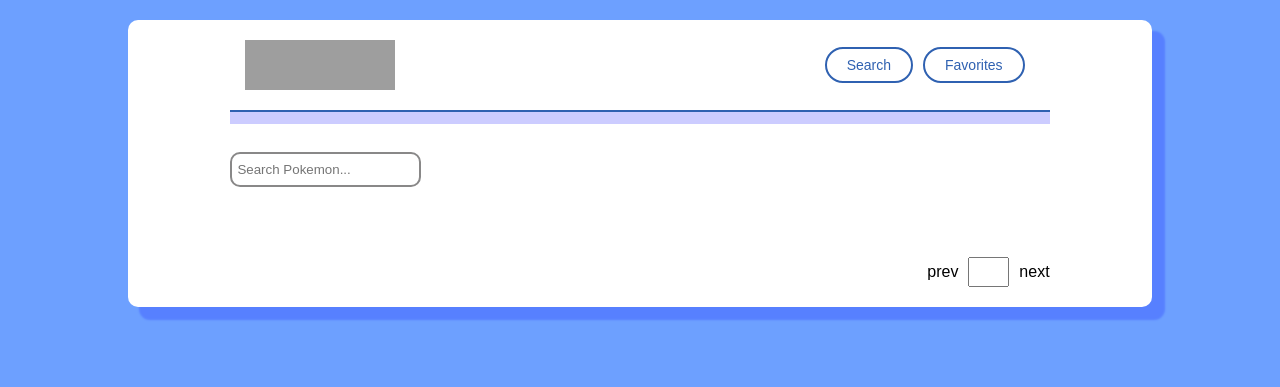
Repository: Rashiduulu/zeon-ithub-second-project
Page: index.html
An editor plug-in stored every save of this project. The page is shown before and after a run of saves, followed by the edit.
The browser window is 1280 px wide. The pictures show the whole page.
Pictures or frames that could not be fetched are drawn as grey boxes. The page's requests for data from a server got no answer.

Above is the page before, as saved 2022-11-12 21:54:51.

### index.html
<!DOCTYPE html>
<html lang="en">

<head>
    <meta charset="UTF-8">
    <meta http-equiv="X-UA-Compatible" content="IE=edge">
    <meta name="viewport" content="width=device-width, initial-scale=1.0">
    <title>PokeApi</title>
    <link rel="stylesheet" href="./style.css">
    <link rel="stylesheet" href="https://cdnjs.cloudflare.com/ajax/libs/font-awesome/6.0.0-beta3/css/all.min.css"
        integrity="sha512-Fo3rlrZj/k7ujTnHg4CGR2D7kSs0v4LLanw2qksYuRlEzO+tcaEPQogQ0KaoGN26/zrn20ImR1DfuLWnOo7aBA=="
        crossorigin="anonymous" referrerpolicy="no-referrer" />
</head>

<body>
    <div class="bg-color container">
        <header class="header container flex">
            <img class="logo" src="./imgs/Pokémon_logo.svg.png" alt="logo">
            <div>
                <ul class="navbar flex">
                    <li class="nav">Search</li>
                    <li class="nav">Favorites</li>
                </ul>
            </div>
        </header>

        <div class="content">
            <div class="container">
                <div class="search-box">
                    <input id="search-bar" class="poke-search" onkeyup="search_pokemon()"
                        placeholder="Search Pokemon..." />
                </div>
                <div id="poke-card"></div>
            </div>
        </div>

        <div class="poke-details">

        </div>


        <div class="pagination flex container">
            <span class="previous">prev</span><input class="input-page" type="text"><span class="next">next</span>
        </div>
    </div>

    <script>

        /////////////////////////////////////////////////////////////// search
        function search_pokemon() {
            let input = document.getElementById('search-bar').value
            input = input.toLowerCase()

            let x = document.getElementsByClassName('card')

            for (i = 0; i < x.length; i++) {
                if (!x[i].innerHTML.toLowerCase().includes(input)) {
                    x[i].style.display = "none"
                } else { x[i].style.display = "flex" }
            }
        }
    </script>

    <script src="./script.js"></script>
</body>

</html>

### style.css
* {
  margin: 0;
  padding: 0;
  box-sizing: border-box;
  font-family: sans-serif;
}

body {
  background: rgb(109, 160, 255);
}

.bg-color {
  background: #fff;
  box-shadow: 12px 12px 2px 1px rgba(0, 0, 255, 0.2);
  border-radius: 10px;
}

li {
  list-style-type: none;
}

a {
  text-decoration: none;
}

.container {
  width: 80%;
  margin: 0 auto;
}

.flex {
  display: flex;
}

/*********************** header ***************************/

.header {
  align-items: center;
  justify-content: space-between;
  padding: 20px 15px;
  border-bottom: 2px solid rgb(47, 97, 177);
  box-shadow: 0 12px rgba(0, 0, 255, 0.2);
  margin-top: 20px;
}

.logo {
  width: 150px;
  height: 50px;
  cursor: pointer;
  transition: all 0.3s ease-out;
}

.logo:hover {
  transform: translateX(14px);
}

.nav {
  color: rgb(47, 97, 177);
  font-size: 14px;
  padding: 8px 20px;
  margin-right: 10px;
  border: 2px solid rgb(47, 97, 177);
  border-radius: 30px;
  cursor: pointer;
  transition: all 0.3s ease-out;
}

.nav:hover {
  background: rgb(254, 254, 7);
  color: rgb(47, 97, 177);
  border: 2px solid rgb(254, 254, 7);
}

/*********************** content ***************************/

.content {
  margin-top: 40px;
  margin-bottom: 70px;
  align-items: center;
}

.poke-search {
  background: none;
  padding: 8px 5px;
  border: 2px solid rgb(137, 136, 136);
  border-radius: 10px;
  transition: all 0.2s ease-out;
  outline: none;
}

.poke-search:hover {
  border: 2px solid rgb(47, 97, 177);
}

.card {
  display: flex;
  justify-content: space-between;
  align-items: center;
  position: relative;
  background: rgb(132, 172, 238);
  border-radius: 5px;
  margin-right: 15px;
  height: 120px;
  padding: 20px 10px;
  margin-top: 40px;
  box-shadow: 4px 6px 2px 1px rgba(0, 0, 255, 0.2);
  transition: all 0.2s ease-in;
}

.card:hover {
  transform: translateY(2px);
  box-shadow: none;
}

.card .left-side {
  display: flex;
  align-items: center;
}

.card .left-side h4 {
  font-size: 14px;
}

.card .left-side img {
  width: 115px;
  height: 100px;
  transition: all 0.1s ease-out;
}

.card .left-side img:hover {
  width: 125px;
  height: 110px;
  transition: all 0.3s ease-out;
}

.btn {
  color: rgb(47, 97, 177);
  font-size: 14px;
  padding: 4px 20px;
  margin-right: 10px;
  border: 2px solid rgb(47, 97, 177);
  border-radius: 30px;
  cursor: pointer;
  transition: all 0.3s ease-out;
  justify-content: flex-end;
}

.btn:hover {
  background: rgb(254, 254, 7);
  color: rgb(47, 97, 177);
  border: 2px solid rgb(254, 254, 7);
}

/*********************** content ***************************/

.pagination input {
  width: 5%;
  height: 30px;
  margin: 0 10px;
}

.pagination {
  padding-bottom: 20px;
  justify-content: flex-end;
  align-items: center;
}

#poke-card {
  display: grid;
  grid-template-columns: repeat(3, 1fr);
}

### script.js
const pokeCard = document.getElementById("poke-card");
const previous = document.querySelector(".previous");
const next = document.querySelector(".next");

/////////////////////////////////////////////////////////////////////// pagination //////////////////////////////////////////////////////////////////

previous.addEventListener("click", () => {
  if (offset != 1) {
    offset -= 9;
    removeChild(pokeCard);
    getPokemons(offset, limit);
  }
  console.log(previous);
});

next.addEventListener("click", () => {
  offset += 9;
  removeChild(pokeCard);
  getPokemons(offset, limit);

  console.log(next);
});

let offset = 1;
let limit = 8;

function getPokemons(offset, limit) {
  fetchPokemon(offset, limit);
}

function removeChild(parent) {
  while (parent.firstChild) {
    parent.removeChild(parent.firstChild);
  }
}

//////////////////////////////////////////////////////////////////////// fetch /////////////////////////////////////////////////////////////////////

const fetchPokemon = (offset, limit) => {
  const promises = [];
  for (let i = offset; i <= offset + limit; i++) {
    const url = `https://pokeapi.co/api/v2/pokemon/${i}/`;
    promises.push(fetch(url).then((res) => res.json()));
  }
  Promise.all(promises).then((results) => {
    const pokemon = results.map((result) => ({
      name: result.name,
      image: result.sprites.other["official-artwork"].front_default,
    }));
    showPokemon(pokemon);
  });
};

const showPokemon = (pokemon) => {
  console.log(pokemon);
  const pokemonHTML = pokemon
    .map(
      (poke) =>
        `<div class="card">
        <div class="left-side">
          <img class="poke-img" src="${poke.image}" />
          <h4 class="poke-name">${poke.name}</h4>
        </div>
        <div class="right-side">
        <button class="btn">Info</button>
        </div>
    </div>`
    )
    .join("");

  pokeCard.innerHTML = pokemonHTML;
};

fetchPokemon();
getPokemons(offset, limit);

//////////////////////////////////////////////////////////////////// pokemon details /////////////////////////////////////////////////////////////////

function mealRecipeModal(data) {
  console.log(data);
  meal = data[0];
  let html = `
        <h2 class = "recipe-title">${data.name}</h2>
        <p class = "recipe-category">${data.weight}</p>
        <div class = "recipe-instruct">
            <h3>Instructions:</h3>
            <p></p>
        </div>
        <div class = "recipe-meal-img">
            <img src = "" alt = "">
        </div>
        <div class = "recipe-link">
            <a href = "" target = "_blank">Watch Video</a>
        </div>
    `;
  pokeCard.innerHTML = html;
  pokeCard.parentElement.classList.add("showRecipe");
}

After the next 2 saves:
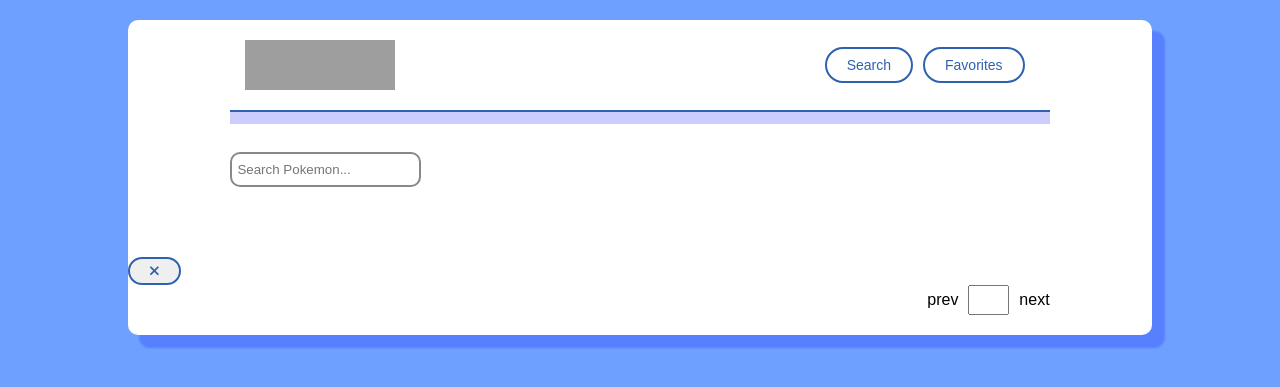
The 2 saves are shown as one change because they came seconds apart.
The last was saved 43 s later.
--- a/index.html
+++ b/index.html
@@ -34,6 +34,12 @@
             </div>
         </div>
 
+        <div class="meal-details">
+            <!-- recipe close btn -->
+            <button type="button" class="btn recipe-close-btn" id="recipe-close-btn">
+                <i class="fas fa-times"></i>
+            </button>
+
         <div class="poke-details">
 
         </div>
